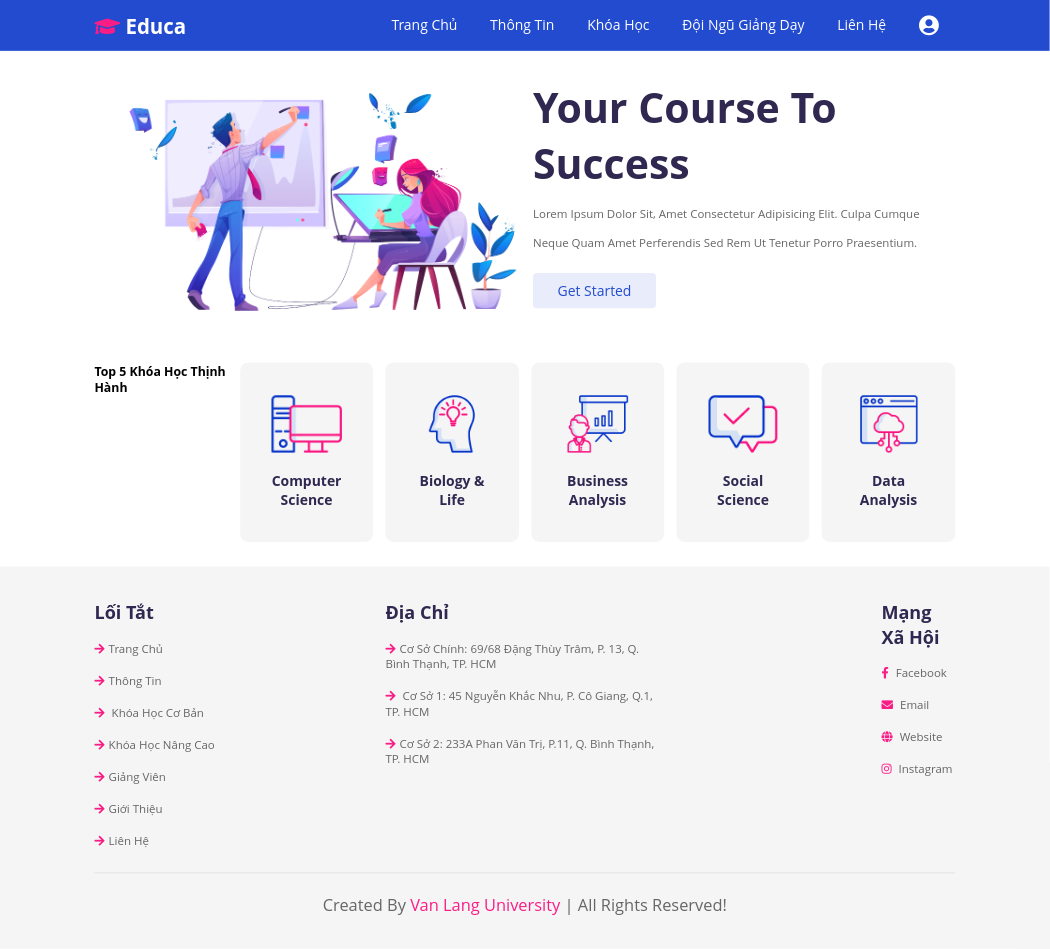
Repository: nhatkhanh022400/Layout
Page: Page-User/home.html
These files come from the project's save history. The page is drawn as it stood at one moment and after the next save; the edit follows.
The browser window is 1280 px wide. The pictures show the whole page, at 82% of full size.

Above is the page before, as saved 2022-03-22 16:40:26.
Console error: ReferenceError: $ is not defined

### Page-User/home.html
<!DOCTYPE html>
<html lang="en">
<head>
    <meta charset="UTF-8">
    <meta http-equiv="X-UA-Compatible" content="IE=edge">
    <meta name="viewport" content="width=device-width, initial-scale=1.0">
    <title>home</title>

    <!-- font awesome cdn link  -->
    <link rel="stylesheet" href="https://cdnjs.cloudflare.com/ajax/libs/font-awesome/5.15.4/css/all.min.css">

    <!-- custom css file link  -->
    <link rel="stylesheet" href="css/style.css">
    <link rel="stylesheet" href="https://unpkg.com/aos@next/dist/aos.css" />

</head>
<body>

<!-- header section starts  -->

<header class="header">

    <a href="home.html" class="logo"> <i class="fas fa-graduation-cap"></i> educa </a>

    <div id="menu-btn" class="fas fa-bars"></div>

    <nav class="navbar">
        <ul>
            <li><a href="home.html">Trang Chủ</a></li>
            <li><a href="about.html">Thông Tin</a></li>
            <li><a href="#">Khóa Học</a>
                <ul>
                    <li><a href="course-1.html">Khóa Học Cơ Bản</a></li>
                    <li><a href="course-2.html">Khóa Học Nâng Cao </a></li>

                </ul>
            </li>
            <li>
                <a href="#">Đội Ngũ Giảng Dạy</a>
                <ul>
                    <li><a href="blog.html">Giới Thiệu</a></li>
                    <li><a href="teachers.html">Giảng Viên</a></li>
                </ul>
            </li>
            <li><a href="contact.html">Liên Hệ</a></li>
            <li>
                <a href="#">
                    <i class="fas fa-user-circle"></i>
                </a>
                <ul>
                    <li><a href="user.html">Profile</a></li>
                    <li><a href="sign-up.html">Đăng Xuất</a></li>
                </ul>

            </li>
        </ul>
    </nav>

</header>

<!-- header section ends -->

<!-- home section starts  -->

<section class="home">

    <div class="image">
        <img src="images/home-img.png" alt="">
    </div>

    <div class="content">
        <h3>your course to success</h3>
        <p>Lorem ipsum dolor sit, amet consectetur adipisicing elit. Culpa cumque neque quam amet perferendis sed rem ut tenetur porro praesentium.</p>
        <a href="#" class="btn">get started</a>
    </div>

</section>

<!-- home section ends -->

<!-- categories section starts  -->

<section class="category">
    <h2>Top 5 Khóa Học Thịnh Hành</h2>

    <a href="#" class="box">
        <img src="images/category-1.png" alt="">
        <h3>computer science</h3>
    </a>

    <a href="#" class="box">
        <img src="images/category-2.png" alt="">
        <h3>biology & life</h3>
    </a>

    <a href="#" class="box">
        <img src="images/category-3.png" alt="">
        <h3>business analysis</h3>
    </a>

    <a href="#" class="box">
        <img src="images/category-4.png" alt="">
        <h3>social science</h3>
    </a>

    <a href="#" class="box">
        <img src="images/category-5.png" alt="">
        <h3>data analysis</h3>
    </a>

</section>

<!-- categories section ends -->












<!-- footer section starts  -->

<section class="footer" data-aos="fade-right" data-aos-duration="40000">

    <div class="box-container">

        <div class="box">
            <h3>Lối Tắt</h3>
            <a href="home.html"> <i class="fas fa-arrow-right"></i>Trang Chủ</a>
            <a href="about.html"> <i class="fas fa-arrow-right"></i>Thông Tin </a>
            <a href="course-1.html"> <i class="fas fa-arrow-right"></i> Khóa Học Cơ Bản</a>
            <a href="course-2.html"> <i class="fas fa-arrow-right"></i>Khóa Học Nâng Cao</a>
            <a href="teachers.html"> <i class="fas fa-arrow-right"></i>Giảng Viên</a>
            <a href="blog.html"> <i class="fas fa-arrow-right"></i>Giới Thiệu</a>
            <a href="contact.html"> <i class="fas fa-arrow-right"></i>Liên Hệ</a>
        </div>

        <div class="box">
            <h3>Địa Chỉ</h3>
            <a href="#"> <i class="fas fa-arrow-right"></i>Cơ sở chính: 69/68 Đặng Thùy Trâm, P. 13, Q. Bình Thạnh, TP. HCM</a>
            <a href="#"> <i class="fas fa-arrow-right"></i> Cơ sở 1: 45 Nguyễn Khắc Nhu, P. Cô Giang, Q.1, TP. HCM</a>
            <a href="#"> <i class="fas fa-arrow-right"></i>Cơ sở 2: 233A Phan Văn Trị, P.11, Q. Bình Thạnh, TP. HCM</a>

        </div>

        <div class="box" style="margin-left: 25rem;">
            <h3>Mạng Xã Hội</h3>
            <a href="#"> <i class="fab fa-facebook-f"></i> facebook </a>
            <a href="#"> <i class="fas fa-envelope"></i> email</a>
            <a href="#"> <i class="fas fa-globe"></i> website </a>
            <a href="#"> <i class="fab fa-instagram"></i> instagram </a>

        </div>

    </div>

    <div class="credit"> created by <span>Van Lang University</span> | all rights reserved! </div>

</section>

<!-- footer section ends -->

<!-- custom js file link  -->
<script src="js/script.js"></script>
<script src="https://unpkg.com/aos@next/dist/aos.js"></script>
    <script>
        AOS.init();
    </script>
</body>
</html>

### Page-User/css/style.css
@import url("https://fonts.googleapis.com/css2?family=Poppins:wght@100;300;400;500;600&display=swap");
* {
  font-family: 'Open Sans', sans-serif;
  margin: 0;
  padding: 0;
  -webkit-box-sizing: border-box;
  box-sizing: border-box;
  text-transform: capitalize;
  text-decoration: none;
  outline: none;
  border: none;
  -webkit-transition: all 0.2s linear;
  transition: all 0.2s linear;
}

html {
  font-size: 62.5%;
  overflow-x: hidden;
}

section {
  padding: 3rem 9%;
}

.btn {
  display: inline-block;
  margin-top: 1rem;
  padding: 1rem 3rem;
  background: #e9edfb;
  color: #224bcf;
  cursor: pointer;
  border-radius: 0.5rem;
  font-size: 1.7rem;
}

.btn:hover {
  color: #fff;
  background: #224bcf;
}

.heading {
  background: url(../images/heading-bg.png) no-repeat;
  background-size: cover;
  background-position: center;
}

.heading h3 {
  font-size: 3.5rem;
  color: #302851;
}

.heading p {
  font-size: 1.6rem;
  color: #666;
  padding-top: 0.5rem;
}

.heading p a {
  padding-right: 0.5rem;
  color: #fa1d86;
}

.heading p a:hover {
  color: #224bcf;
}

.header {
  position: -webkit-sticky;
  position: sticky;
  top: 0;
  left: 0;
  right: 0;
  z-index: 1000;
  display: -webkit-box;
  display: -ms-flexbox;
  display: flex;
  -webkit-box-align: center;
  -ms-flex-align: center;
  align-items: center;
  -webkit-box-pack: justify;
  -ms-flex-pack: justify;
  justify-content: space-between;
  padding: 0 9%;
  background: #224bcf;
  height: 62px;
}

.header .logo {
  font-size: 2.5rem;
  font-weight: bolder;
  color: #fff;
  text-decoration: none;
}

.header .logo i {
  color: #fa1d86;
}

.header .navbar ul {
  list-style: none;
  width: 100%;
}

.header .fa-user-circle{
  font-size: 25px;
}

.header .navbar ul li {
  position: relative;
  float: left;
}

.header .navbar ul li:hover ul {
  display: block;
}

.header .navbar ul li a {
  padding: 2rem;
  display: block;
  font-size: 1.7rem;
  color: #fff;
  text-decoration: none;
}

.header .navbar ul li a:hover {
  background: #fa1d86;
}

.header .navbar ul li ul {
  position: absolute;
  left: 0;
  width: 20rem;
  background: #224bcf;
  display: none;
}

.header .navbar ul li ul li {
  width: 100%;
}

#menu-btn {
  cursor: pointer;
  color: #fff;
  font-size: 2.5rem;
  display: none;
}

.home {
  display: -webkit-box;
  display: -ms-flexbox;
  display: flex;
  -webkit-box-align: center;
  -ms-flex-align: center;
  align-items: center;
  -ms-flex-wrap: wrap;
  flex-wrap: wrap;
  gap: 2rem;
}

.home .image {
  -webkit-box-flex: 1;
  -ms-flex: 1 1 42rem;
  flex: 1 1 42rem;
}

.home .image img {
  width: 100%;
}

.home .content {
  -webkit-box-flex: 1;
  -ms-flex: 1 1 42rem;
  flex: 1 1 42rem;
}

.home .content h3 {
  color: #302851;
  font-size: 5rem;
}

.home .content p {
  font-size: 1.4rem;
  color: #666;
  padding: 1rem 0;
  line-height: 2.5;
}

.category {
  display: -ms-grid;
  display: grid;
  -ms-grid-columns: (minmax(16rem, 1fr)) [auto-fit];
  grid-template-columns: repeat(auto-fit, minmax(16rem, 1fr));
  gap: 1.5rem;
}

.category .box {
  border-radius: 1rem;
  background: #f5f5f5;
  padding: 4rem 3rem;
  text-align: center;
}

.category .box img {
  height: 7rem;
  margin-bottom: 2rem;
}

.category .box h3 {
  font-size: 1.7rem;
  color: #302851;
}

.about {
  display: -webkit-box;
  display: -ms-flexbox;
  display: flex;
  -webkit-box-align: center;
  -ms-flex-align: center;
  align-items: center;
  -ms-flex-wrap: wrap;
  flex-wrap: wrap;
  gap: 2rem;
}

.about .image {
  -webkit-box-flex: 1;
  -ms-flex: 1 1 42rem;
  flex: 1 1 42rem;
}

.about .image img {
  width: 100%;
}

.about .content {
  -webkit-box-flex: 1;
  -ms-flex: 1 1 42rem;
  flex: 1 1 42rem;
}

.about .content h3 {
  color: #302851;
  font-size: 4.5rem;
}

.about .content p {
  font-size: 1.4rem;
  padding: 1rem 0;
  color: #666;
  line-height: 2.5;
}

.teachers {
  display: -ms-grid;
  display: grid;
  -ms-grid-columns: (minmax(27rem, 1fr)) [auto-fit];
  grid-template-columns: repeat(auto-fit, minmax(27rem, 1fr));
  gap: 1.5rem;

}

.teachers .box {
  text-align: center;
  overflow: hidden;
}

.teachers .box:hover .image .share {
  -webkit-transform: translateY(0);
  transform: translateY(0);
}

.teachers .box:hover .image .share a {
  transform: translateY(10px);
  opacity: 1;
  transition: transform 0.2s 0.2s;
  transition: transform 0.2s 0.2s, -webkit-transform 0.2s 0.2s;
}

.teachers .box:hover .image .share button {
  background-color: transparent;
  color: white;
  font-weight: bold;
  border: 1px solid white;
  padding: 3px 6px;
  border-radius: 3px;
  font-size: 15px;
  transform: translateY(-10px);
  opacity: 1;
  transition: transform 0.2s 0.2s;
}

.teachers .box:hover .image .share .status {
  float: left;
  background-color: transparent;
  color: white;
  font-size: 13px;
  transform: translateY(-10px);
  transition: p 0.2s;
}

.teachers .box .image {
  overflow: hidden;
  height: 32rem;
  width: 100%;
  position: relative;
  border-radius: 1rem;
}

.teachers .box .image .share {
  position: absolute;
  top: 0;
  left: 0;
  height: 100%;
  width: 100%;
  background: rgba(0, 0, 0, 0.7);
  display: -webkit-box;
  display: -ms-flexbox;
  display: flex;
  -webkit-box-align: end;
  -ms-flex-align: end;
  align-items: flex-end;
  -webkit-box-pack: center;
  -ms-flex-pack: center;
  justify-content: center;
  z-index: 10;
  overflow: hidden;
  -webkit-transform: translateY(-100%);
  transform: translateY(-100%);
}

.teachers .box .image .share a {
  font-size: 2.5rem;
  margin: 2rem 1.5rem;
  color: #fff;
  -webkit-transform: translateY(5rem);
  transform: translateY(5rem);
  opacity: 0;
}

.teachers .box .image .share a:hover {
  color: #fa1d86;
}

.teachers .box .image .share button:hover {
  background-color: white;
  color: black;
}

.teachers .box .image img {
  height: 100%;
  width: 100%;
  -o-object-fit: cover;
  object-fit: cover;
}

.teachers .box .content {
  padding-top: 1rem;
}

.teachers .box .content h3 {
  font-size: 2rem;
  color: #302851;
}

.teachers .box .content span {
  color: #666;
  font-size: 1.5rem;
}

.blog {
  display: -ms-grid;
  display: grid;
  -ms-grid-columns: (minmax(31rem, 1fr)) [auto-fit];
  grid-template-columns: repeat(auto-fit, minmax(31rem, 1fr));
  gap: 1.5rem;
}

.blog .box .image {
  height: 25rem;
  width: 100%;
  overflow: hidden;
}

.blog .box .image img {
  height: 100%;
  width: 100%;
  -o-object-fit: cover;
  object-fit: cover;
  border-radius: 0.5rem;
}

.blog .box .content {
  padding: 2rem;
  background: #f5f5f5;
}

.blog .box .content .icons {
  padding: 1.5rem 0;
  margin-bottom: 1rem;
  display: -webkit-box;
  display: -ms-flexbox;
  display: flex;
  -webkit-box-align: center;
  -ms-flex-align: center;
  align-items: center;
  -webkit-box-pack: justify;
  -ms-flex-pack: justify;
  justify-content: space-between;
}

.blog .box .content .icons a {
  font-size: 1.4rem;
  color: #666;
}

.blog .box .content .icons a:hover {
  color: #224bcf;
}

.blog .box .content .icons a i {
  padding-right: 0.5rem;
  color: #224bcf;
}

.blog .box .content h3 {
  font-size: 1.7rem;
  padding: 0.5rem 0;
  color: #302851;
}

.blog .box .content p {
  padding: 1rem 0;
  font-size: 1.4rem;
  line-height: 2.5;
  color: #666;
}

.contact .icons-container {
  display: -ms-grid;
  display: grid;
  -ms-grid-columns: (minmax(30rem, 1fr)) [auto-fit];
  grid-template-columns: repeat(auto-fit, minmax(30rem, 1fr));
  gap: 1.5rem;
}

.contact .icons-container .icons {
  text-align: center;
  padding: 2rem;
  border-radius: 1rem;
  background: #f5f5f5;
  margin-bottom: 2rem;
}

.contact .icons-container .icons i {
  height: 6.5rem;
  width: 6.5rem;
  line-height: 6.5rem;
  font-size: 2.5rem;
  color: #224bcf;
  background: #e9edfb;
  border-radius: 50%;
  text-align: center;
  margin-bottom: 0.5rem;
}

.contact .icons-container .icons h3 {
  font-size: 2rem;
  color: #302851;
  padding: 0.7rem 0;
}

.contact .icons-container .icons p {
  line-height: 2;
  font-size: 1.4rem;
  color: #666;
}

.contact .row {
  display: -webkit-box;
  display: -ms-flexbox;
  display: flex;
  -ms-flex-wrap: wrap;
  flex-wrap: wrap;
  gap: 1.5rem;
}

.contact .row form {
  -webkit-box-flex: 1;
  -ms-flex: 1 1 42rem;
  flex: 1 1 42rem;
  border-radius: 1rem;
  background: #f5f5f5;
  padding: 2rem;
}

.contact .row form h3 {
  font-size: 2.5rem;
  color: #302851;
  margin-bottom: 0.5rem;
}

.contact .row form .box,
.contact .row form textarea {
  width: 100%;
  padding: 1rem 1.2rem;
  font-size: 1.6rem;
  color: #666;
  text-transform: none;
  margin: 1rem 0;
  border-radius: 0.5rem;
  background: #fff;
}

.contact .row form textarea {
  height: 15rem;
  resize: none;
}

.contact .row .map {
  -webkit-box-flex: 1;
  -ms-flex: 1 1 42rem;
  flex: 1 1 42rem;
  width: 100%;
  border-radius: 1rem;
}

.footer {
  background: #f5f5f5;
}

.footer .box-container {
  display: -ms-grid;
  display: grid;
  -ms-grid-columns: (minmax(25rem, 1fr)) [auto-fit];
  grid-template-columns: repeat(auto-fit, minmax(25rem, 1fr));
  gap: 1.5rem;
}

.footer .box-container .box h3 {
  font-size: 2.2rem;
  padding: 1rem 0;
  color: #302851;
}

.footer .box-container .box a {
  display: block;
  font-size: 1.4rem;
  padding: 1rem 0;
  color: #666;
}

.footer .box-container .box a:hover {
  color: #fa1d86;
}

.footer .box-container .box a:hover i {
  padding-right: 2rem;
}

.footer .box-container .box a i {
  color: #fa1d86;
  padding-right: 0.5rem;
}

.footer .credit {
  text-align: center;
  margin-top: 2rem;
  padding: 1rem;
  padding-top: 2.5rem;
  font-size: 2rem;
  color: #666;
  border-top: 0.1rem solid rgba(0, 0, 0, 0.1);
}

.footer .credit span {
  color: #fa1d86;
}

/* =================================user===================================================== */

/* --------------------------------nav----------------------------- */
.border-right{
  font-size: 15px;
}
.form-control:focus {
  box-shadow: none;
  border-color: #BA68C8
}

.profile-button {
  background: rgb(99, 39, 120);
  box-shadow: none;
  border: none
}

.profile-button:hover {
  background: #682773
}

.profile-button:focus {
  background: #682773;
  box-shadow: none
}

.profile-button:active {
  background: #682773;
  box-shadow: none
}

.back:hover {
  color: #682773;
  cursor: pointer
}

.labels {
  font-size: 15px
}

.experience{
  font-size: 13px;
}

.add-experience:hover {
  background: #478cff;
  color: #fff;
  cursor: pointer;
  border: solid 1px #BA68C8
}

/* =============================================================================================== */

/* =================================================sign-up======================================== */

.bg-signup{
  width: 100%;
  min-height: 100vh;
  background-color: #f2f3f5;
  display: flex;
  align-items: center;
  justify-content: center;
  padding: 100px 0;
  background-image: url(../img/login.jpg);
  background-attachment: fixed;
  background-size: cover;
  object-fit: cover;
  background-repeat: no-repeat;
}
.signup {

  padding: 90px 75px;
  background-color: #fff;
  width: 100%;
  max-width: 600px;
  border-radius: 30px;
}

.signup .logo {
  text-align: center;
}
.signup-heading {
  font-size: 40px;
  font-weight: bold;
  color: #373941;
  text-align: center;
  margin-bottom: 35px;
}
.signup-social {
  padding: 10px;
  border-radius: 20px;
  display: block;
  width: 100%;
  color: white;
  font-size: 16px;
  font-weight: bold;
  font-family: "Poppins", sans-serif;
  border: 0;
  background-color: #4c6ff4;
  display: flex;
  align-items: center;
  cursor: pointer;
  outline: none;
  box-shadow: 0 5px 10px 0 rgba(76, 111, 244, 0.5);
}
.signup-social-icon {
  width: 60px;
  height: 60px;
  border-radius: 10px;
  background-color: white;
  display: flex;
  align-items: center;
  justify-content: center;
  color: #4c6ff4;
  font-size: 30px;
}
.signup-social-text {
  display: block;
  margin: 0 auto;
}
.signup-or {
  text-align: center;
  font-size: 16px;
  color: #999;
  margin: 55px auto;
  position: relative;
}
.signup-or span {
  display: inline-block;
  padding: 10px 30px;
  background-color: #fff;
  position: relative;
  z-index: 2;
}
.signup-or:after {
  content: "";
  width: 100%;
  height: 1px;
  background-color: #999;
  position: absolute;
  top: 50%;
  left: 0;
  transform: translateY(-50%);
}
.signup-label {
  font-size: 16px;
  color: #63676b;
  font-weight: 500;
  margin-bottom: 10px;
  display: inline-block;
  cursor: pointer;
}
.signup-input {
  display: block;
  width: 100%;
  padding: 25px;
  border-radius: 14px;
  background-color: #f2f3f5;
  outline: none;
  border: 0;
  font-family: "Poppins", sans-serif;
  font-size: 18px;
  margin-bottom: 30px;
}
.signup-input::-webkit-input-placeholder {
  color: #b4bac0;
  font-weight: 500;
}
.signup-input::-moz-input-placeholder {
  color: #b4bac0;
  font-weight: 500;
}
.signup-submit {
  padding: 25px;
  color: white;
  font-size: 18px;
  text-align: center;
  border: 0;
  outline: none;
  display: inline-block;
  width: 100%;
  border-radius: 14px;
  background-color: rgb(130, 201, 30);
  font-family: "Poppins", sans-serif;
  cursor: pointer;
  font-weight: 600;
  box-shadow: 0 5px 10px 0 rgba(130, 201, 30, 0.5);
  margin-top: 25px;
  margin-bottom: 25px;
}
.signup-already {
  text-align: center;
  font-size: 16px;
  color: #999;
}
.signup-login-link {
  color: #2979ff;
  text-decoration: none;
}
/* ================================================================================================= */

/* ================================================animation========================================== */


@media (max-width: 1200px) {
  html {
    font-size: 55%;
  }
  section {
    padding: 3rem 2rem;
  }
}

@media (max-width: 768px) {
  #menu-btn {
    display: inline-block;
  }
  .header {
    padding: 2rem;
  }
  .header .navbar {
    position: absolute;
    top: 99%;
    left: 0;
    right: 0;
    background: #224bcf;
    -webkit-clip-path: polygon(0 0, 100% 0, 100% 0, 0 0);
    clip-path: polygon(0 0, 100% 0, 100% 0, 0 0);
  }
  .header .navbar.active {
    -webkit-clip-path: polygon(0 0, 100% 0, 100% 100%, 0 100%);
    clip-path: polygon(0 0, 100% 0, 100% 100%, 0 100%);
  }
  .header .navbar ul li {
    width: 100%;
  }
  .header .navbar ul li ul {
    width: 100%;
    position: relative;
  }
  .about .content h3 {
    font-size: 3rem;
  }
  .main-video video {
    width: 95%;
    border-width: 0.2rem;
  }
}

@media (max-width: 450px) {
  html {
    font-size: 50%;
  }
}

### Page-User/js/script.js
let navbar = document.querySelector('.header .navbar');

document.querySelector('#menu-btn').onclick = () =>{
    navbar.classList.toggle('active');
}

window.onscroll = () =>{
    navbar.classList.remove('active');
}

$(document).ready(function(){
    $(window).scroll(function(){
        $(".teachersani").each(function(){
            const pos = $(this).offset().top;
            const winTop = $(window).scrollTop();
            if (pos < winTop + 600) {
                $(this).addClass("slide");
            }
        })
    })
})

After the next save:
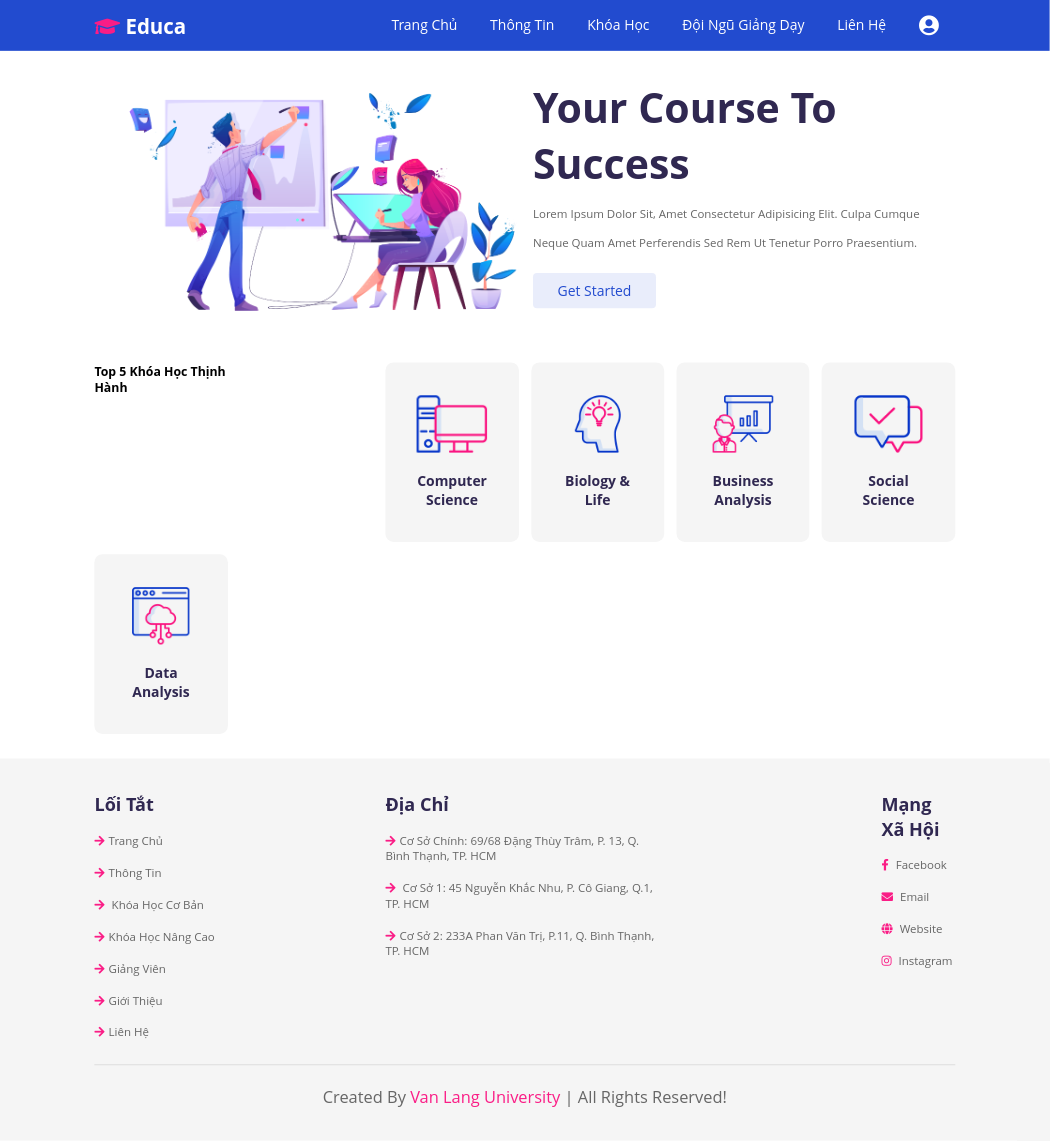
Saved 20 s later.
--- a/Page-User/home.html
+++ b/Page-User/home.html
@@ -81,7 +81,7 @@
 <!-- categories section starts  -->
 
 <section class="category">
-    <h2>Top 5 Khóa Học Thịnh Hành</h2>
+    <h2>Top 5 Khóa Học Thịnh Hành</h2><br>
 
     <a href="#" class="box">
         <img src="images/category-1.png" alt="">

After the save that followed:
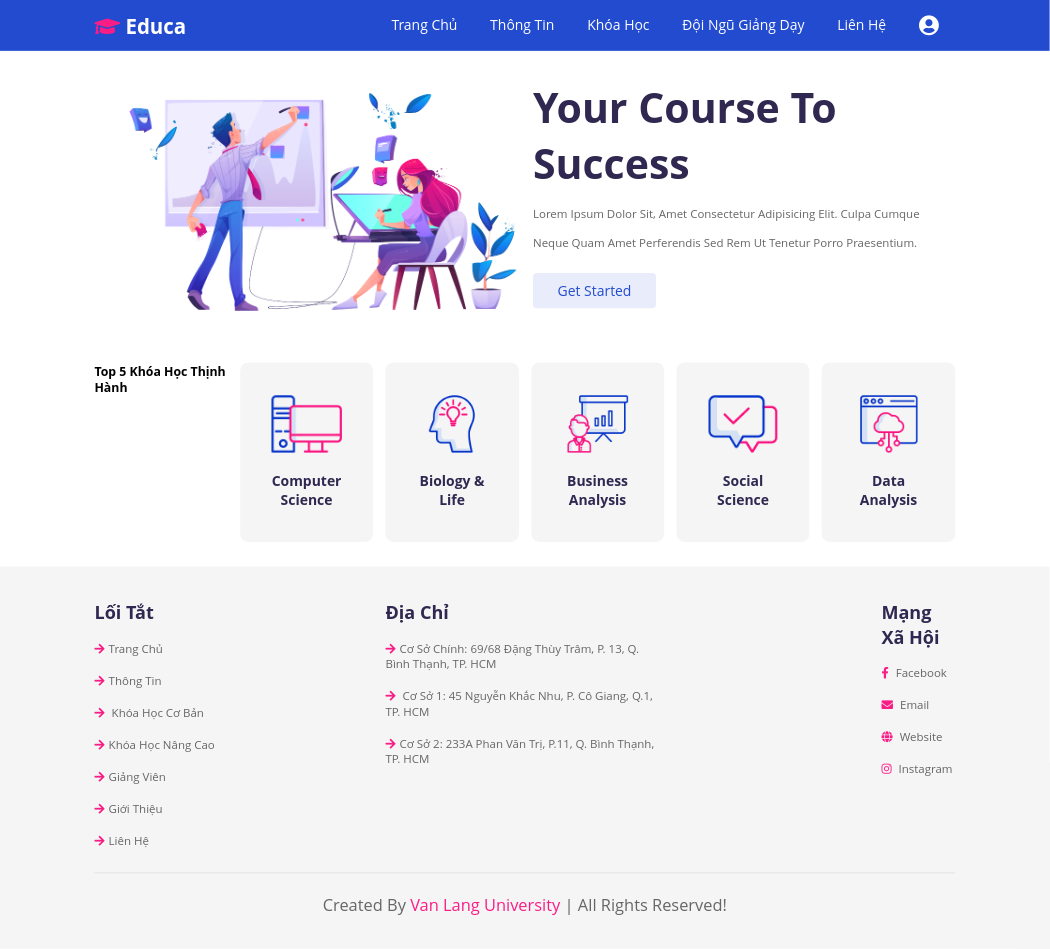
Saved 25 s later.
--- a/Page-User/home.html
+++ b/Page-User/home.html
@@ -81,7 +81,10 @@
 <!-- categories section starts  -->
 
 <section class="category">
-    <h2>Top 5 Khóa Học Thịnh Hành</h2><br>
+    <div>
+        <h2>Top 5 Khóa Học Thịnh Hành</h2>
+    </div>
+
 
     <a href="#" class="box">
         <img src="images/category-1.png" alt="">
